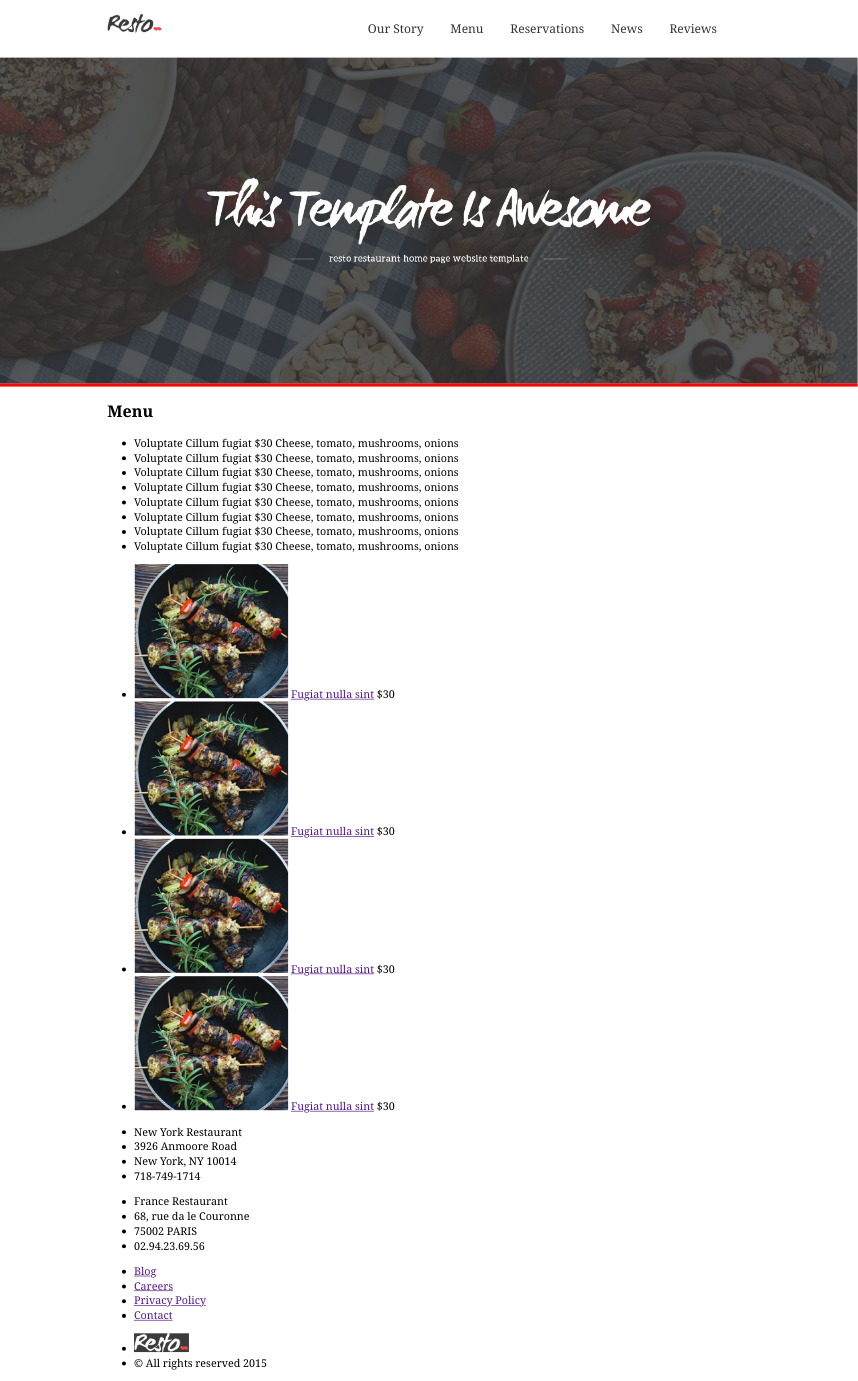
Repository: Piterwk1/psd-to-wordpress
Page: index.html
The author's editor kept a copy of each file at every save. The page is drawn from the files as they stood at one save, then again after the next save.
The browser window is 1280 px wide. The pictures show the whole page, at 67% of full size.

Above is the page before, as saved 2021-09-23 00:48:21.

### index.html
<html lang="en">

<head>
    <meta charset="UTF-8">
    <meta http-equiv="X-UA-Compatible" content="IE=edge">
    <meta name="viewport" content="width=device-width, initial-scale=1.0">
    <title>Resto</title>
    <link rel="stylesheet" href="style.css">
</head>

<body>

    <header>
        <div class="wrapper" id="headerWrapper">
            <h1 class="logo">Rest</h1>
            <nav>
                <h2>Main Navigation</h2>
                <ul>
                    <li><a href="">Our Story</a></li>
                    <li><a href="">Menu</a></li>
                    <li><a href="">Reservations</a></li>
                    <li><a href="">News</a></li>
                    <li><a href="">Reviews</a></li>
                </ul>
            </nav>
        </div>
    </header>

    <!-- start homepage content -->

    <div id="main-banner">
        <img src="images/banner.jpg" alt="Welcome to Resto">
    </div>

    <div class="wrapper">
        <section id="home-menu">
            <h2>Menu</h2>
            <ul>
                <li>
                    <span class="dish">Voluptate Cillum fugiat</span>
                    <span class="price">$30</span>
                    <span class="description">Cheese, tomato, mushrooms, onions</span>
                </li>
                <li>
                    <span class="dish">Voluptate Cillum fugiat</span>
                    <span class="price">$30</span>
                    <span class="description">Cheese, tomato, mushrooms, onions</span>
                </li>
                <li>
                    <span class="dish">Voluptate Cillum fugiat</span>
                    <span class="price">$30</span>
                    <span class="description">Cheese, tomato, mushrooms, onions</span>
                </li>
                <li>
                    <span class="dish">Voluptate Cillum fugiat</span>
                    <span class="price">$30</span>
                    <span class="description">Cheese, tomato, mushrooms, onions</span>
                </li>
                <li>
                    <span class="dish">Voluptate Cillum fugiat</span>
                    <span class="price">$30</span>
                    <span class="description">Cheese, tomato, mushrooms, onions</span>
                </li>
                <li>
                    <span class="dish">Voluptate Cillum fugiat</span>
                    <span class="price">$30</span>
                    <span class="description">Cheese, tomato, mushrooms, onions</span>
                </li>
                <li>
                    <span class="dish">Voluptate Cillum fugiat</span>
                    <span class="price">$30</span>
                    <span class="description">Cheese, tomato, mushrooms, onions</span>
                </li>
                <li>
                    <span class="dish">Voluptate Cillum fugiat</span>
                    <span class="price">$30</span>
                    <span class="description">Cheese, tomato, mushrooms, onions</span>
                </li>
            </ul>
        </section>

        <section id="featured">
            <ul>
                <li>
                    <img src="images/thumb-1.jpg">
                    <a href="">Fugiat nulla sint</a>
                    <span>$30</span>
                    <span class="rating"></span>
                </li>
                <li>
                    <img src="images/thumb-1.jpg">
                    <a href="">Fugiat nulla sint</a>
                    <span>$30</span>
                    <span class="rating"></span>
                </li>
                <li>
                    <img src="images/thumb-1.jpg">
                    <a href="">Fugiat nulla sint</a>
                    <span>$30</span>
                    <span class="rating"></span>
                </li>
                <li>
                    <img src="images/thumb-1.jpg">
                    <a href="">Fugiat nulla sint</a>
                    <span>$30</span>
                    <span class="rating"></span>
                </li>
            </ul>
        </section>
    </div>

    <!-- end homepage content -->

    <footer>
        <div class="wrapper">
            <ul>
                <li>New York Restaurant</li>
                <li>3926 Anmoore Road</li>
                <li>New York, NY 10014</li>
                <li>718-749-1714</li>
            </ul>
            <ul>
                <li>France Restaurant</li>
                <li>68, rue da le Couronne</li>
                <li>75002 PARIS</li>
                <li>02.94.23.69.56</li>
            </ul>
            <ul>
                <li><a href="">Blog</a></li>
                <li><a href="">Careers</a></li>
                <li><a href="">Privacy Policy</a></li>
                <li><a href="">Contact</a></li>
            </ul>
            <ul>
                <li><img src="images/white-logo.png" alt="logo"></li>
                <li>&copy; All rights reserved 2015</li>

            </ul>
        </div>
    </footer>
</body>

</html>

### style.css
body {
    font-family: Georgia, 'Times New Roman', Times, serif;
    margin: 0;
}

.wrapper {
    width: 100%;
    max-width: 960px;
    /* max-width: 1180px; */
    padding: 0 10px;
    margin:  0 auto;
}

h1.logo {
    background-image: url(images/logo.png);
    background-repeat: no-repeat;
    width: 100px;
    text-indent: -10000px;
}

#headerWrapper {
    display: flex;
    justify-content: space-between;
    width: 100%;
}

nav {

  margin-right: 10px;

}

#headerWrapper nav h2 {
    text-indent: -100000px;
    height: 0;
    margin: 0;
}

#headerWrapper nav ul {
   display: flex;
   justify-content: space-evenly;
   list-style-type:  none;
   margin: 10px 20px;
}
#headerWrapper nav li {

   margin: 20px 20px;
}
#headerWrapper nav li a{
   text-decoration: none;
   color: #333;
   font-size: 18px;
}
#headerWrapper nav li a:hover{
   color: blue;
}

#main-banner, #main-banner img{
    width: 100%;
}

#main-banner img {
    border-bottom: 5px solid rgb(247, 6, 6);
}

After the next save:
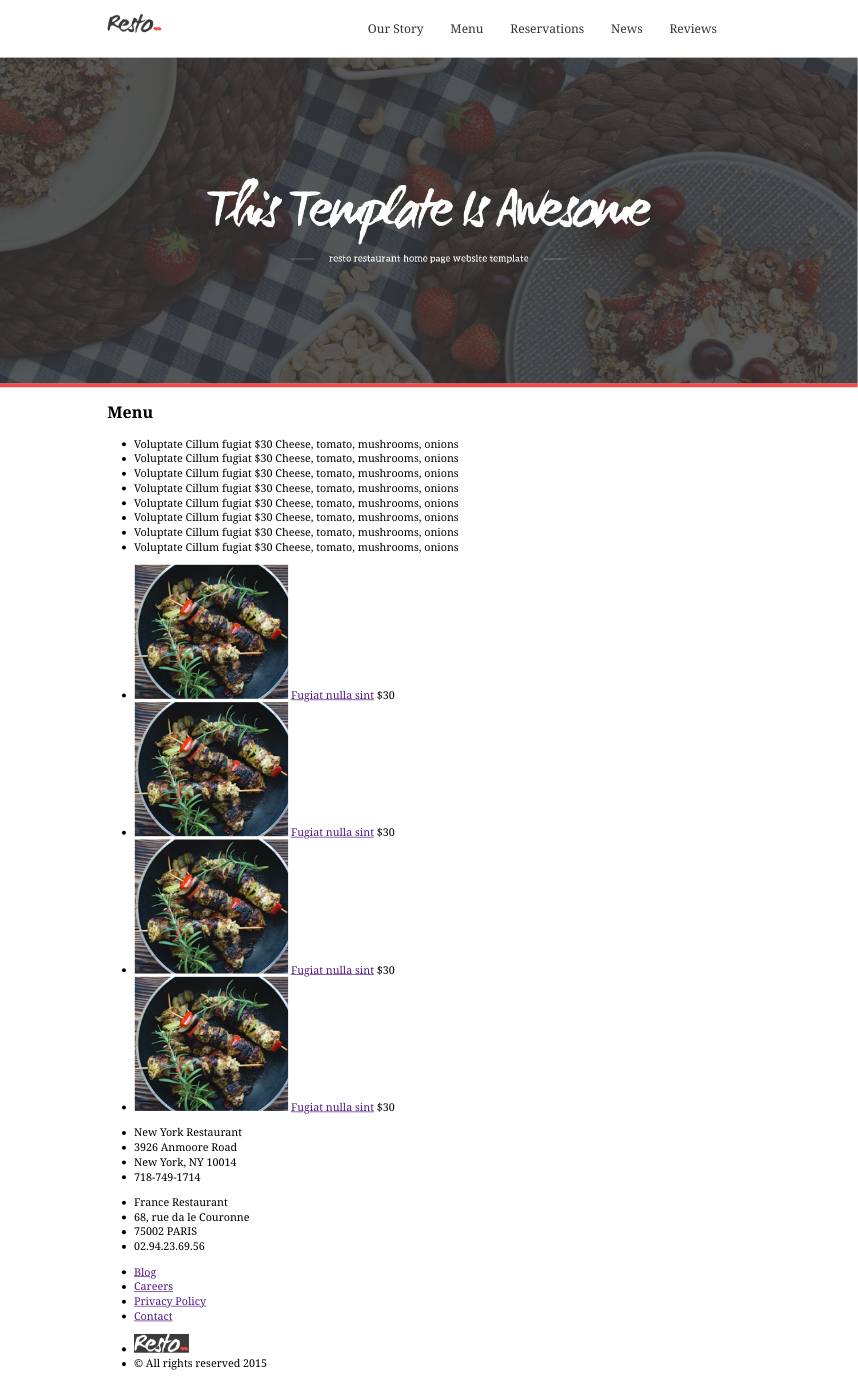
Saved 47 s later.
--- a/style.css
+++ b/style.css
@@ -60,5 +60,5 @@ nav {
 }
 
 #main-banner img {
-    border-bottom: 5px solid rgb(247, 6, 6);
+    border-bottom: 6px solid #f34949;
 }
